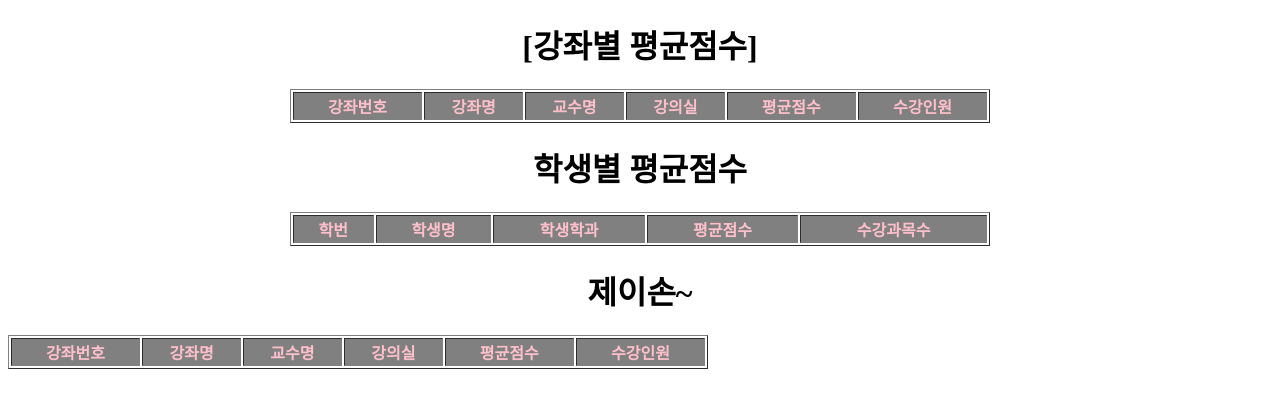
Repository: odasd/Ark-html
Page: http://localhost/ex20200506/list.jsp
These files come from the project's save history. The page is drawn as it stood at one moment and after the next save; the edit follows.
The browser window is 1280 px wide. The pictures show the whole page.
Some web libraries are served in a nearby version. The page is served by Tomcat 9. Other server files are loaded and not shown. Queries for data that is not in the repository find no rows.

Above is the page before, as saved 2020-05-06 02:32:15.

### 20200429/ex20200506/WebContent/list.jsp
<%@ page language="java" contentType="text/html; charset=UTF-8" pageEncoding="UTF-8"%>
<%@ page import="ex20200506.*, java.util.* , java.text.*"%>
<!DOCTYPE html>
<html>
<head>
	<meta charset="UTF-8">
	<title>점수 총계</title>
	<script src="http://code.jquery.com/jquery-1.9.1.js"></script>
	<script src="https://cdnjs.cloudflare.com/ajax/libs/handlebars.js/3.0.1/handlebars.js"></script>
	<style>
		#page {margin:auto; float:center; text-align:center;}
		#tbl {margin:auto; float:center; text-align:center;}
		th {background:gray; color:pink;}
		.row:hover{background:skyblue; color:white;}
	</style>
</head>
<body>
	<div id=page width=1000>
	<h1>[강좌별 평균점수]</h1>
	<table border=1 width=700 id=tbl>
		<tr>
			<th>강좌번호</th>
			<th>강좌명</th>
			<th>교수명</th>
			<th>강의실</th>
			<th>평균점수</th>
			<th>수강인원</th>
		</tr>
		<%
			EDAO edao=new EDAO();
			ArrayList<CVO> list=edao.clist();
			for(CVO vo:list) {
				out.println("<tr class=row>");
				out.println("<td>" + vo.getLcode() + "</td>");
				out.println("<td>" + vo.getLname() + "</td>");
				out.println("<td>" + vo.getPname() + "</td>");
				out.println("<td>" + vo.getRoom() + "</td>");
				DecimalFormat df=new DecimalFormat("##0.00");
				String strAvg=df.format(vo.getAvg());
				out.println("<td>" + strAvg + "</td>");
				out.println("<td>" + vo.getCount() + "</td>");
				out.println("</tr>");
			}
		%>
	</table>
	<h1>학생별 평균점수</h1>
	<table border=1 width=700 id=tbl>
		<tr>
			<th>학번</th>
			<th>학생명</th>
			<th>학생학과</th>
			<th>평균점수</th>
			<th>수강과목수</th>
		</tr>
		<%
			SDAO sdao=new SDAO();
			ArrayList<SVO> list2=sdao.slist();
			for(SVO vo:list2) {
				out.println("<tr class=row>");
				out.println("<td>" + vo.getScode() + "</td>");
				out.println("<td>" + vo.getSname() + "</td>");
				out.println("<td>" + vo.getSdept() + "</td>");
				DecimalFormat df=new DecimalFormat("##0.00");
				String strAvg=df.format(vo.getAvg());
				out.println("<td>" + strAvg + "</td>");
				out.println("<td>" + vo.getCount() + "</td>");
				out.println("</tr>");
			}
		%>
	</table>
		<h1>제이손~</h1>
		<table id="ctbl" border=1 width=700></table>
		<script id="ctemp" type="text/x-handlebars-template">
				<tr class=title>
					<th>강좌번호</th>
					<th>강좌명</th>
					<th>교수명</th>
					<th>강의실</th>
					<th>평균점수</th>
					<th>수강인원</th>
				</tr>
			{{#each elist}}
				<tr class=row>
					<td class=lcode>{{lcode}}</td>
					<td>{{lname}}</td>
					<td>{{pname}}</td>
					<td>{{room}}</td>
					<td>{{avg}}</td>
					<td>{{count}}</td>
				</tr>
			{{/each}}
		</script>
	</div>
</body>
<script>
$.ajax({
	type:"get",
	url:"ejson.jsp",
	dataType:"json",
	success:function(data){
		var temp=Handlebars.compile($("#ctemp").html());
		$("#ctbl").html(temp(data));
	}
});
</script>
</html>

### 20200429/ex20200506/src/ex20200506/EDAO.java
package ex20200506;

import java.sql.Connection;
import java.sql.DriverManager;
import java.sql.PreparedStatement;
import java.sql.ResultSet;
import java.util.ArrayList;

public class EDAO {

	 public Connection con() throws Exception {
         String driver = "oracle.jdbc.driver.OracleDriver";
         String url = "jdbc:oracle:thin:@localhost:1521:orcl";
         String user = "haksa";
         String password = "pass";

         Class.forName(driver);
         Connection con = DriverManager.getConnection(url, user, password);
         return con;
         }

	 	public ArrayList<CVO> clist() throws Exception {
	 		ArrayList<CVO> list=new ArrayList<CVO>();
	 		String sql="select clcode, lname, pname, room, avg(grade) a, count(clcode) c  from couenr group by clcode, lname, pname,room";
	 		PreparedStatement ps=con().prepareStatement(sql);
	 		ResultSet rs=ps.executeQuery();
	 		while(rs.next()) {
	 			CVO vo=new CVO();
	 			vo.setLcode(rs.getString("clcode"));
	 			vo.setLname(rs.getString("lname"));
	 			vo.setPname(rs.getString("pname"));
	 			vo.setRoom(rs.getString("room"));
	 			vo.setAvg(rs.getDouble("a"));
	 			vo.setCount(rs.getInt("c"));
	 			list.add(vo);
	 			System.out.println(vo.toString());
	 		}

	 		return list;
	 	}


}

### 20200429/ex20200506/src/ex20200506/SDAO.java
package ex20200506;

import java.sql.Connection;
import java.sql.DriverManager;
import java.sql.PreparedStatement;
import java.sql.ResultSet;
import java.util.ArrayList;

public class SDAO {

	public Connection con() throws Exception {
        String driver = "oracle.jdbc.driver.OracleDriver";
        String url = "jdbc:oracle:thin:@localhost:1521:orcl";
        String user = "haksa";
        String password = "pass";

        Class.forName(driver);
        Connection con = DriverManager.getConnection(url, user, password);
        return con;
        }

	public ArrayList<SVO> slist() throws Exception {
 		ArrayList<SVO> list=new ArrayList<SVO>();
 		String sql="select scode, sname, sdept,  avg(grade) a, count(lcode) c from stuenr group by scode ,sname, sdept";
 		PreparedStatement ps=con().prepareStatement(sql);
 		ResultSet rs=ps.executeQuery();
 		while(rs.next()) {
 			SVO vo=new SVO();
 			vo.setScode(rs.getString("scode"));
 			vo.setSname(rs.getString("sname"));
 			vo.setSdept(rs.getString("sdept"));
 			vo.setAvg(rs.getDouble("a"));
 			vo.setCount(rs.getInt("c"));
 			list.add(vo);
 			System.out.println(vo.toString());
 		}

 		return list;
 	}
}

### 20200429/ex20200506/WebContent/ejson.jsp
<%@ page language="java" contentType="text/html; charset=UTF-8" pageEncoding="UTF-8"%>
<%@ page import="ex20200506.*,java.util.*,org.json.simple.*, java.text.*" %>
    <%
	DecimalFormat df=new DecimalFormat("##0.00");
	EDAO dao=new EDAO();
	ArrayList<CVO> list=dao.clist();

	JSONObject jObject=new JSONObject();
	JSONArray array=new JSONArray();
	for(CVO vo:list) {
		JSONObject obj=new JSONObject();
		obj.put("lcode", vo.getLcode());
		obj.put("lname", vo.getLname());
		obj.put("pname", vo.getPname());
		obj.put("room", vo.getRoom());
		String avg=df.format(vo.getAvg());
		obj.put("avg", avg);
		obj.put("count", vo.getCount());
		array.add(obj);

	}

	jObject.put("elist", array);
	out.println(jObject);
%>

After the next save:
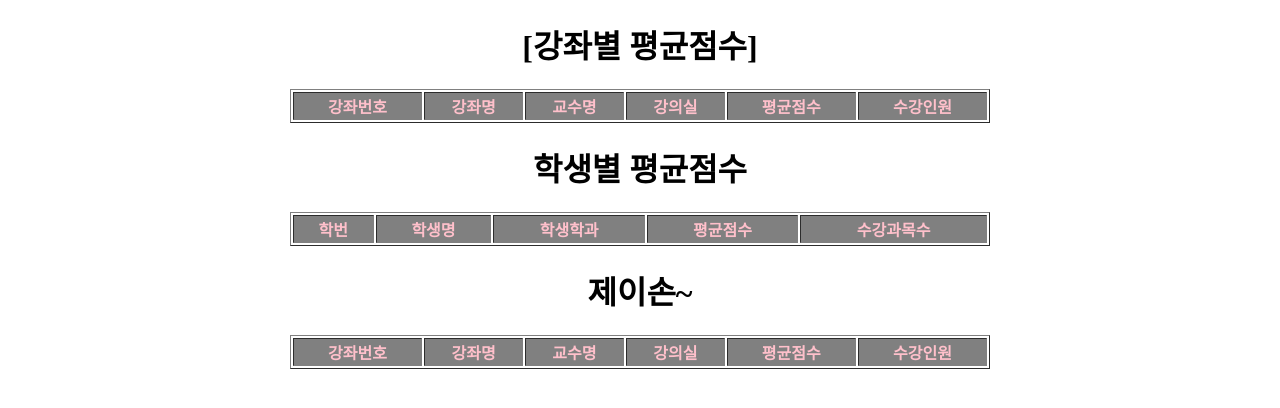
Saved 19 s later.
--- a/20200429/ex20200506/WebContent/list.jsp
+++ b/20200429/ex20200506/WebContent/list.jsp
@@ -9,7 +9,7 @@
 	<script src="https://cdnjs.cloudflare.com/ajax/libs/handlebars.js/3.0.1/handlebars.js"></script>
 	<style>
 		#page {margin:auto; float:center; text-align:center;}
-		#tbl {margin:auto; float:center; text-align:center;}
+		#tbl,#ctbl {margin:auto; float:center; text-align:center;}
 		th {background:gray; color:pink;}
 		.row:hover{background:skyblue; color:white;}
 	</style>
